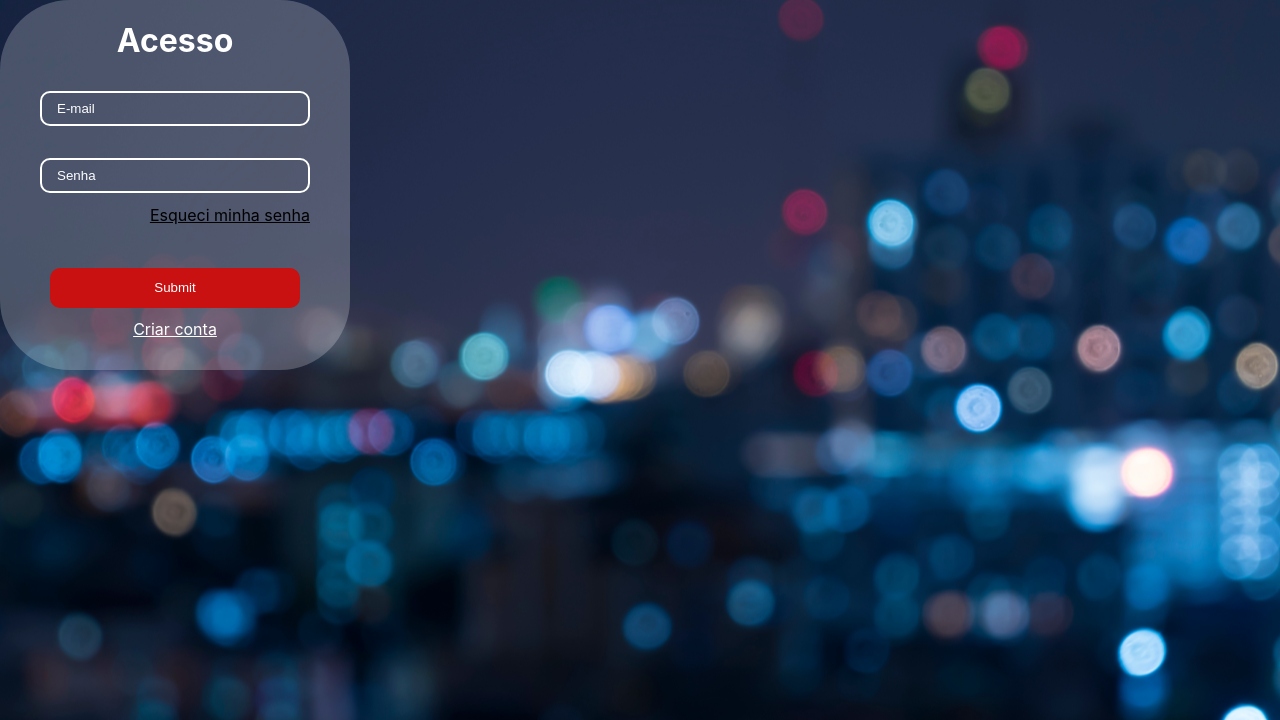
Repository: mateus-henrique-silva/Plataforma_videos_treinamento
Page: / (app in my-app/)
These files come from the project's save history. The page is drawn as it stood at one moment and after the next save; the edit follows.
The browser window is 1280 px wide. The pictures show the whole page.
The project was rebuilt for these pictures with package versions that can differ from the ones it lists, and the page was loaded fresh each time.

Above is the page before, as saved 2022-08-16 09:07:45.

### my-app/src/App.js
import logo from "./logo.svg";
import React from "react";
import "./App.css";
import Login from "./Pages/Login/Login"
import { BrowserRouter as Router, Routes, Route, Link } from "react-router-dom";

function App() {
  return (
    <div className="App">
      <Router>
        <Routes>
          <Route element={<Login />} path="/" />
        </Routes>
      </Router>
    </div>
  );
}

export default App;

### my-app/src/App.css
*{
  padding: 0;
  margin: 0;
  border:0;
}

### my-app/src/Pages/Login/Login.jsx
import React from "react";
import "./Login.css";
import FormLogin from '../../Components/formLogin/formLogin'

const Login = () => {
  return (
    <>
      <div className="backgound-one">
          <FormLogin/>
      </div>
    </>
  );
};

export default Login;

### my-app/src/Pages/Login/Login.css
.backgound-one{
    width:100vw;
    height:100vh;
    background: url("../../Assets//ImageBackground/Rectangle.png") fixed center no-repeat;
}

### my-app/src/Components/formLogin/formLogin.jsx
import React, { useState } from "react";
import "./formLogin.css";
import { BrowserRouter as Router, Routes, Route, Link } from "react-router-dom";

const FormLogin = () => {
  const [email, setEmail] = useState("");
  const [pass, setPass] = useState("");
  return (
    <div>
      <div className="box-login">
        <form className="formLogin">
          <h1>Acesso</h1>
          <input
            type="text"
            placeholder="E-mail"
            value={email}
            onChange={(e) => {
              setEmail(e.target.value);
            }}
          />
          <input
            type="password"
            placeholder="Senha"
            value={pass}
            onChange={(e) => {
              setPass(e.target.value);
            }}
          />
          <Link to="/">Esqueci minha senha</Link>
          <center>
            {" "}
            <input type="submit" />
          </center>
          <Link to="/">Criar conta</Link>
        </form>
      </div>
    </div>
  );
};

export default FormLogin;

### my-app/src/Components/formLogin/formLogin.css
.box-login {
  width: 350px;
  height: 370px;
  display: grid;
  background: rgba(255, 255, 255, 0.22);
  border-radius: 70px;
  justify-content: center;
  align-items: center;
}

.box-login .formLogin input[type="text"], [type="password"] {
  width: 270px;
  height: 35px;
  margin-bottom: 0;
  bottom: 0;
  margin-top: -10px;
  box-sizing: border-box;
  border: 2px solid #ffffff;
  border-radius: 10px;
  padding-left: 15px;
 background:transparent;
 color: #ffffff;
}
.box-login .formLogin input::placeholder {
    color: #ffffff;
  }
.box-login .formLogin {
  height: 100%;
  width: 350px;
  color: #ffffff;
  justify-content: center;
  align-items: center;
  display: grid;
}
.box-login .formLogin a{
    color: black;
    margin-top: -40px;
    display:flex;
    justify-content:flex-end;
}

.box-login .formLogin a:last-child{
    color: white;
    margin-top: -40px;
    display:flex;
    justify-content:center;
}

.box-login .formLogin h1 {
    text-align: center;
  }
.box-login .formLogin input[type="submit"] {
    width: 250px;
    height: 40px;
    margin-bottom: 0;
    bottom: 0;
    margin-top:-50px;
    box-sizing: border-box;
    cursor: pointer;
    border-radius: 10px;

    background: #C91111;
   color: #ffffff;
  }

Loaded but not shown: my-app/public/index.html (common file); my-app/src/index.js (common file); my-app/src/index.css (common file); my-app/src/reportWebVitals.js (common file)

After the next save:
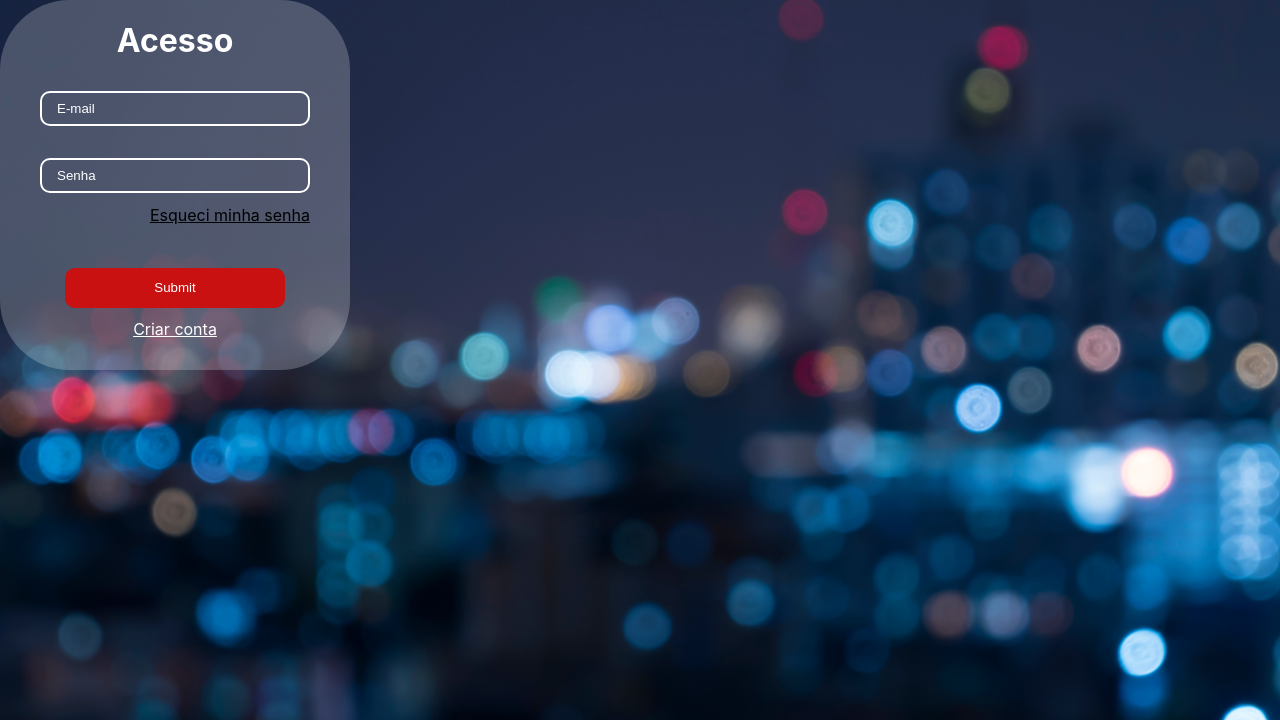
Saved 11 s later.
--- a/my-app/src/Components/formLogin/formLogin.css
+++ b/my-app/src/Components/formLogin/formLogin.css
@@ -50,7 +50,7 @@
     text-align: center;
   }
 .box-login .formLogin input[type="submit"] {
-    width: 250px;
+    width: 220px;
     height: 40px;
     margin-bottom: 0;
     bottom: 0;
